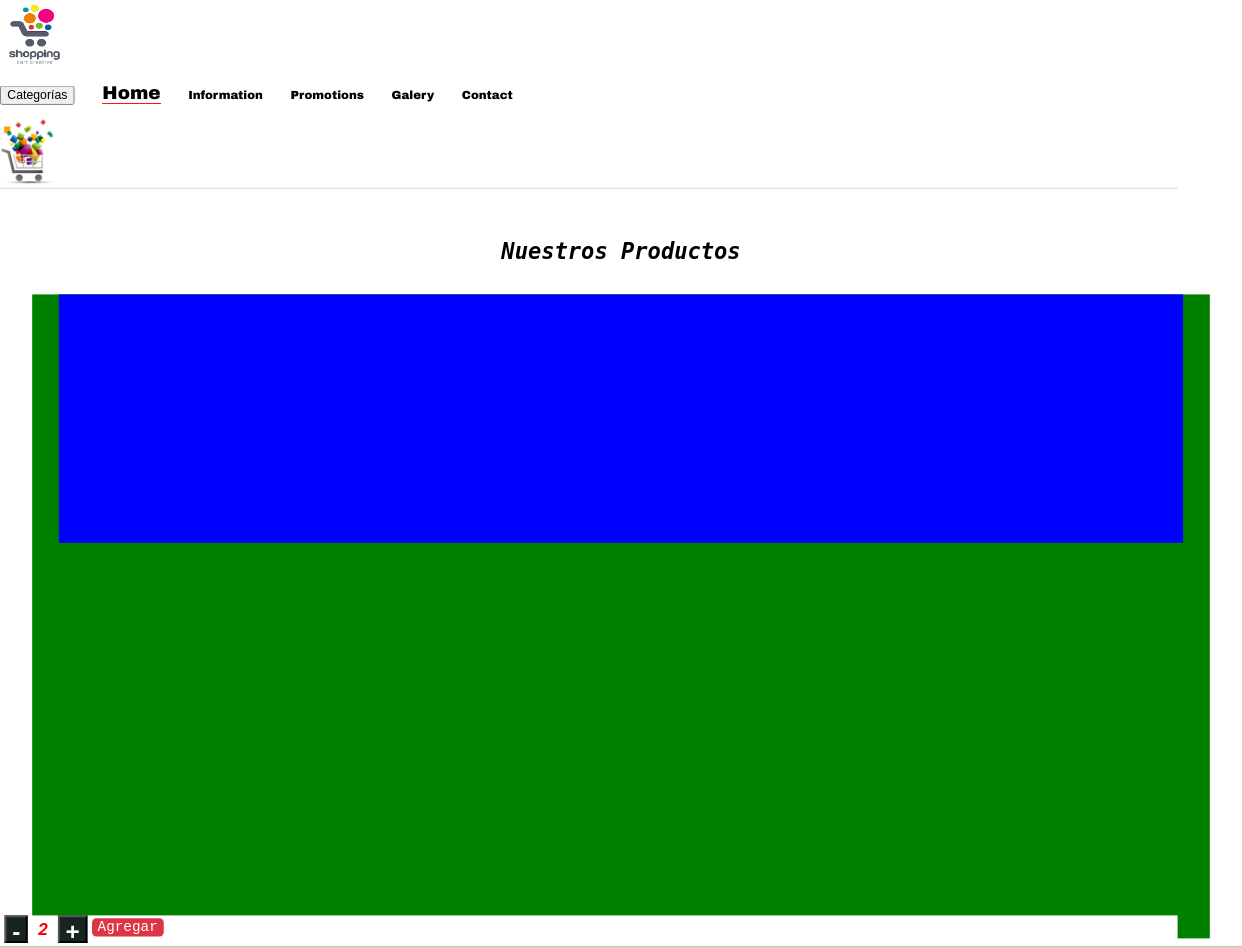
Repository: gustavomanuelquintana/CoderRepository
Page: / (app in cards-commers/)
These files come from the project's save history. The page is drawn as it stood at one moment and after a run of saves; the edit follows.
The browser window is 1280 px wide. The page is 1350 px wide, so the pictures cover 1350 px, including what lies to the right of the window. The pictures show the whole page, at 92% of full size.
The project was rebuilt for these pictures with package versions that can differ from the ones it lists, and the page was loaded fresh each time.

Above is the page before, as saved 2020-10-31 14:05:04.

### cards-commers/src/App.js
import React from "react";
import NavBar from "./Components/NavBar/NavBar";
import ItemListContainer from "./Components/ItemListContainer/ItemListContainer";
import ItemCount from "./Components/ItemCount/ItemCount";

function App() {
  let stock= 14;
  const handleAdd = (counter) => {
    return ({stock}) => {
      if (stock <=0){
        alert('No hay stock')
      }else {
        alert(`Se van agregar ${counter} articulos`)
      }
    }
  }

  return (
    <div className="App">
        <NavBar />
        <ItemListContainer titulo='Nuestros Productos'/>
        <ItemCount onAdd={handleAdd}  stock={stock} initial={2} />
    </div>
  );
}

export default App;

### cards-commers/src/Components/NavBar/NavBar.js
import React from "react";
import ImageNavBar from "../../Images/cards-logo.png";
import CartWidget from "../CartWidget/CartWidget";
import Dropdown from "react-bootstrap/Dropdown";
import "./NavBar.css";

const styleFont = {
  fontSize: 20,
  borderBottom: "1px solid red",
};

function NavBar() {
  return (
    <div className=" col-12">
      <div className="header-navBar col-12">
        <div className="row col-12">
          <div className="Logo-navBar col-1">
            <a href="index.html">
            <img src={ImageNavBar} alt="logo" width="75" height="70" />
            </a>
          </div>
          <div className="Links-navBar col-10 mt-3">
            <ul className="List-navBar">
              <li>
                <Dropdown>
                  <Dropdown.Toggle  variant="danger" id="dropdown-basic">
                    Categorías
                  </Dropdown.Toggle>

                  <Dropdown.Menu>
                    <Dropdown.Item   href="#/action-1">
                      Deportes / Fitness
                    </Dropdown.Item>
                    <Dropdown.Item href="#/action-2">
                      Hogar / Electrodomésticos
                    </Dropdown.Item>
                    <Dropdown.Item href="#/action-3">Vehículos</Dropdown.Item>
                  </Dropdown.Menu>
                </Dropdown>
              </li>
              <li>
                <a style={styleFont} href="#">
                  Home
                </a>
              </li>
              <li>
                <a href="#">Information</a>
              </li>
              <li>
                <a href="#">Promotions </a>
              </li>
              <li>
                <a href="#">Galery</a>
              </li>
              <li>
                <a href="#">Contact</a>
              </li>
            </ul>
          </div>
          <div className="carrito-navBar col-1">
            <CartWidget />
          </div>
        </div>
      </div>
    </div>
  );
}

export default NavBar;

### cards-commers/src/Components/ItemListContainer/ItemListContainer.js
import React, {useState, useEffect} from 'react';
import './ItemListContainer.css';
import ItemList from './ItemList/ItemList';

const getList = () => {
    return new Promise( (res) => {
        let products;
        res(
            products = ["nike", "Airmax", "Running fast"]
        )
    });
}


function ItemListContainer({titulo}){
    const [itemList, setItemList] = useState([]);

    // Use effect
    useEffect( () => {
        getList().then( mercaderia => {
           setItemList(mercaderia);
        });
    },[]); // End useEffect

    return (
        <div className="container">
            <h2>{titulo}</h2>
        <ItemList items={itemList} />
        </div>
    );
}



export default ItemListContainer;

### cards-commers/src/Components/ItemCount/ItemCount.js
import React, {useState} from 'react';
import ButtonsCount from './ButtonsCount/ButtonsCount';
import ViewCount from './ViewCount/ViewCount';
import AgregarCount from './AgregarCount/AgregarCount';


    const styleContain={
        backgroundColor:"white",
        display:"flex",
    }
    const styleBox = {
        color:"red",
        fontWeight:"bold",
        fontSize:"1.1em",
        lineHeight:"18px",
        display:"flex",
        justifyContent:"center",
        width:"100px",
        height:"30px",
    }
    const boxAdd ={
        fontWeight: "bold",
        fontSize: "1em",
        color: "red",
    }
    export default function ItemCount({onAdd,stock,initial}) {
        let [counter, counterState] = useState(initial);

    const onClickButton = (amount) => {
        return () => {
            let total = (amount < 0) ? 0 : amount;
            let limiter = (total > stock) ? stock: total;
            counterState(limiter);

        }
    }

    let props = {counter, counterState}

    return (
        <div className="section-car" style={styleContain}>
        <div className="box-count" style={styleBox}>
            <ButtonsCount suma={false} onClick={onClickButton} {...props} />
             <ViewCount value={counter}/>
             <ButtonsCount suma={true} onClick={onClickButton}  {...props}/>
        </div>

        <div  className="box-add" style={boxAdd}> <AgregarCount onAdd= {onAdd} {...{counter}}/> </div>
        </div>
        );
}

### cards-commers/src/Components/CartWidget/CartWidget.js
import React from 'react';
import ImageCarrito from "../../Images/carrito-img.png";

function CartWidget(){
    return (
        <a href="#">
         <img src={ImageCarrito}/>
        </a>
    )
}

export default CartWidget;

### cards-commers/src/Components/NavBar/NavBar.css
img {
  max-width: 100%;
}
.header-navBar {
  background-color: white;
  display: flex;
  width: 100%;
  border-bottom: 1px solid lightgrey;
}

.Logo-navBar img {
  max-height: 8em;
  max-width: 8em;
}
.Links-navBar ul li {
  display: inline-block;
  margin-right: 35px;
  margin: 0 70px 0 -40px;
}
.Links-navBar ul li a {
  color: black;
  font-family: Arial Black;
  font-size: 0.8em;
  font-weight: bold;
  text-decoration: none;
}

### cards-commers/src/Components/ItemListContainer/ItemListContainer.css
.container{
    width:100%;
    max-height:100vh;
    margin: 0.25 auto;
    padding: 35px;
}
.container h2{
    text-align:center;
    font-family: "monospace";
    font-weight:bold;
    font-style: italic;
}

### cards-commers/src/Components/ItemListContainer/ItemList/ItemList.js
import React, {useState, useEffect} from 'react';
import './ItemList.css';
import Item from '../Item/Item';




function ItemList({items}){
return <div className="itemList">
        <Item />
     </div>
}


export default ItemList;

### cards-commers/src/Components/ItemCount/ButtonsCount/ButtonsCount.js
import React from "react";
const styleButton = {
    fontWeight: "bold",
    fontSize:"1.5em",
    background: "#172522",
    color: "white",
    margin:"0 auto",
    height:"100%",
}

export default function ButtonsCount({suma,onClick,counter,counterState}) {

    let signo = suma ? '+' : '-';

    let amount = suma ? (counter + 1) : (counter - 1);

  return ( <button onClick={onClick(amount)} style={styleButton}>{signo}</button> )
}

### cards-commers/src/Components/ItemCount/ViewCount/ViewCount.js
import React from 'react';

const countnumber = {
    margin:"0.35em auto",
    fontStyle:"italic",

}

export default function ViewCount({value}){

    return(
        <div style={countnumber} className="countNumber">{value}</div>
    )
}

### cards-commers/src/Components/ItemCount/AgregarCount/AgregarCount.js
import React from 'react';

const agregarcount = {
    borderRadius:"5px",
    border:"none",
    margin:"0.2em auto",
    background:"#dc3545",
    color:"white",
    fontFamily:"monospace",
    fontSize:"1.2em",
}
export default function AgregarCount({onAdd, counter}){

    const agregarCount = () =>{};

    return(
        <div>
            <button style={agregarcount} onClick={onAdd(counter)}>Agregar</button>
        </div>
    )
}

### cards-commers/src/Components/ItemListContainer/ItemList/ItemList.css
.itemList{
    width:100%;
    height:700px;
    background-color:green;
    margin:2em auto;
}

### cards-commers/src/Components/ItemListContainer/Item/Item.js
import React from 'react';
import './Item.css'

function Item(){
    return <div className="Item">

    </div>

}

export default Item;

### cards-commers/src/Components/ItemListContainer/Item/Item.css
.Item{
    background-color: blue;
    padding:35px;
    margin:0.25em auto;
    width:90%;
    height:200px;
}

Loaded but not shown: cards-commers/public/index.html (common file); cards-commers/src/index.js (common file); cards-commers/src/index.css (common file); cards-commers/src/serviceWorker.js (common file)

After the next 2 saves:
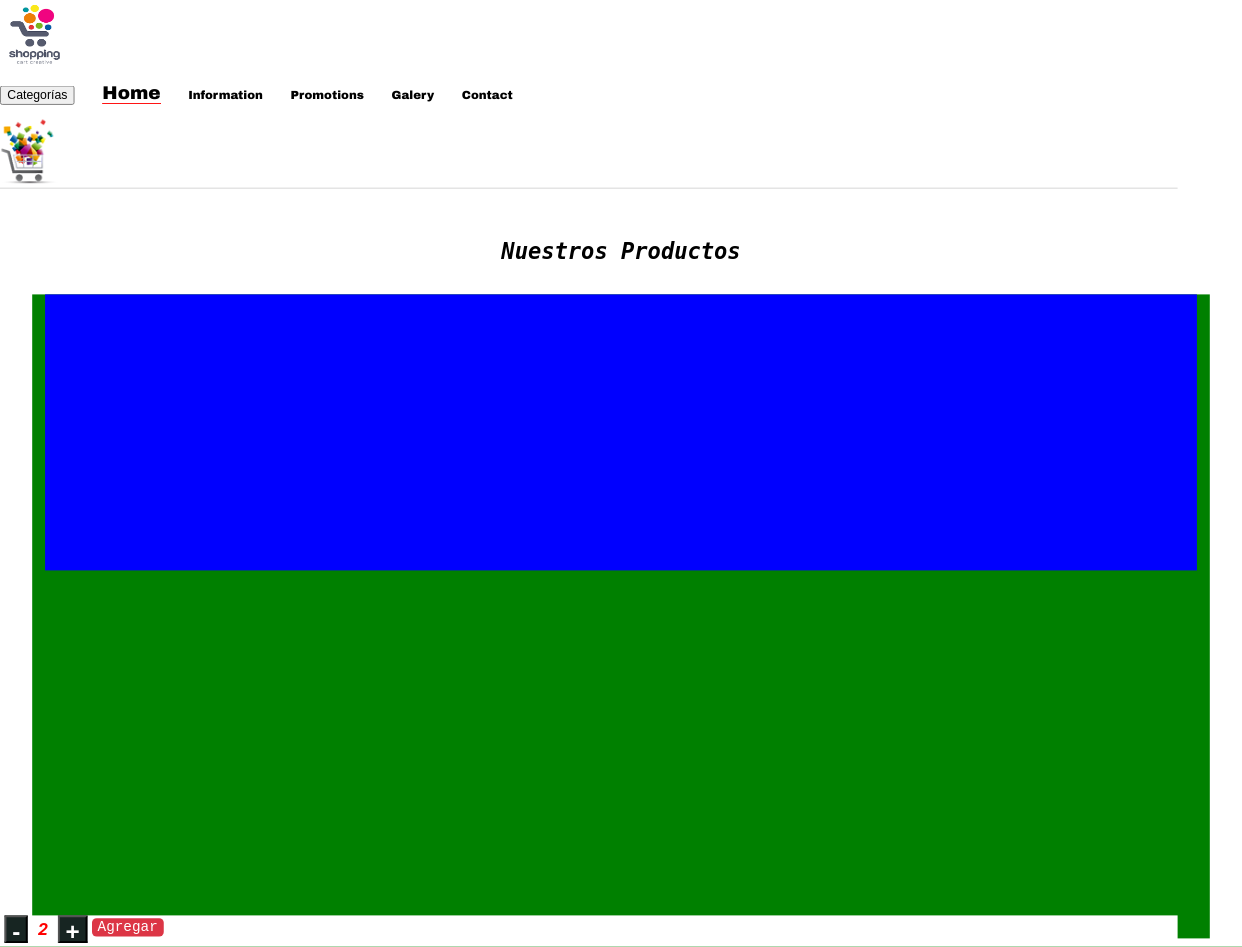
The 2 saves are shown as one change because they came seconds apart.
The last was saved 15 s later.
--- a/cards-commers/src/Components/ItemListContainer/Item/Item.css
+++ b/cards-commers/src/Components/ItemListContainer/Item/Item.css
@@ -1,6 +1,6 @@
 .Item{
     background-color: blue;
-    padding:35px;
+    padding:50px;
     margin:0.25em auto;
     width:90%;
     height:200px;
